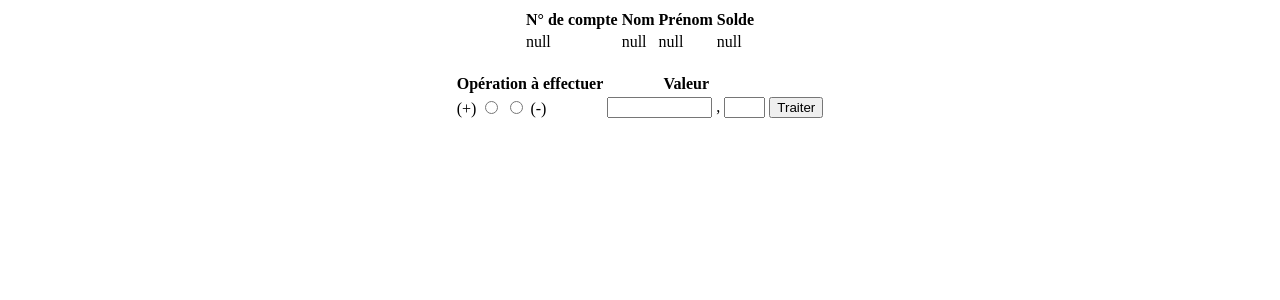
Repository: Jsisie/BanqueWeb
Page: http://localhost/BanqueWeb/JOperations.jsp
The author's editor kept a copy of each file at every save. The page is drawn from the files as they stood at one save, then again after the next save.
The browser window is 1280 px wide. The pictures show the whole page.
The page is served by Tomcat 10.

Above is the page before, as saved 2022-12-13 21:42:52.

After the next save:
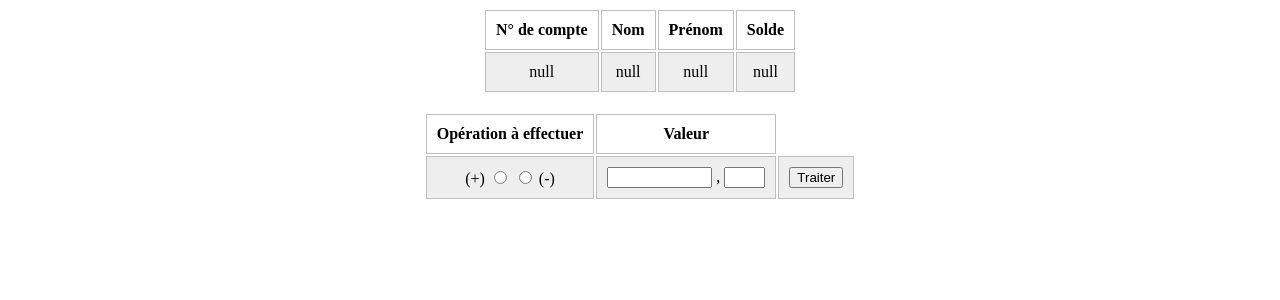
Saved 17 s later.
--- a/BanqueWeb/BanqueWeb/BanqueWeb/src/main/webapp/JOperations.jsp
+++ b/BanqueWeb/BanqueWeb/BanqueWeb/src/main/webapp/JOperations.jsp
@@ -7,7 +7,7 @@
 <title>Consultation réussie</title>
 <style type="text/css">
 
-/* /* td,
+ td,
 th {
     border: 1px solid rgb(190, 190, 190);
     padding: 10px;
@@ -35,13 +35,13 @@ caption {
     caption-side: bottom;
 } */
 
-/* table {
+ table {
     border-collapse: collapse;
     border: 2px solid rgb(200, 200, 200);
     letter-spacing: 1px;
     font-family: sans-serif;
     font-size: .8rem;
-} */ */
+}
 </style>
 </head>
 <body>
